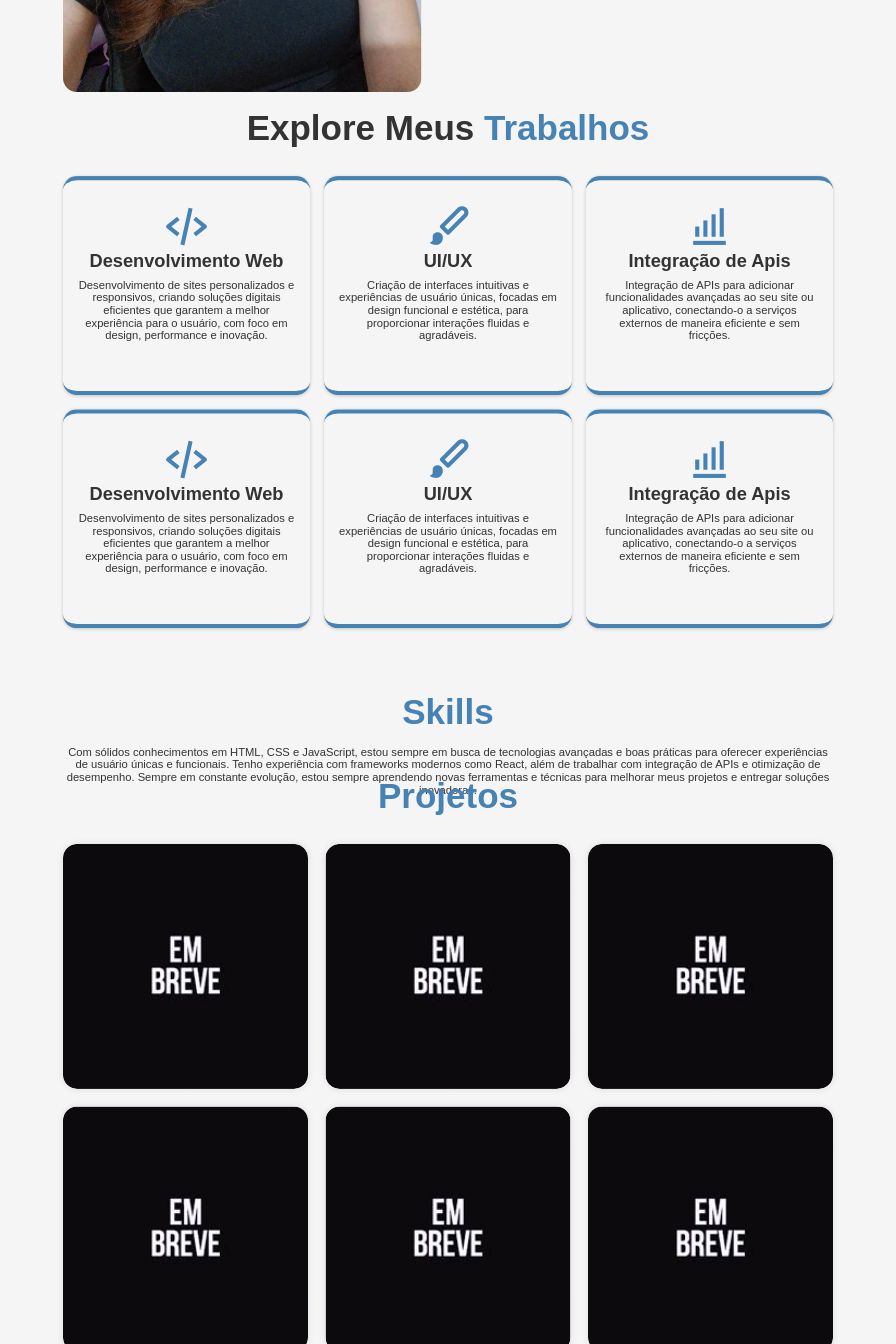
Repository: AliciaKathleen/portfolio-2025
Page: index.html
An editor plug-in stored every save of this project. The page is shown before and after the next save, followed by the edit.
The browser window is 1280 px wide. The pictures show the part of the page from y = 1372 to 3292 px (the page is 4190 px tall before and 4200 px after), at 70% of full size.

Above is the page before, as saved 2025-01-27 17:16:17.
Console error: TypeError: Cannot read properties of null (reading 'classList')

After the next save:
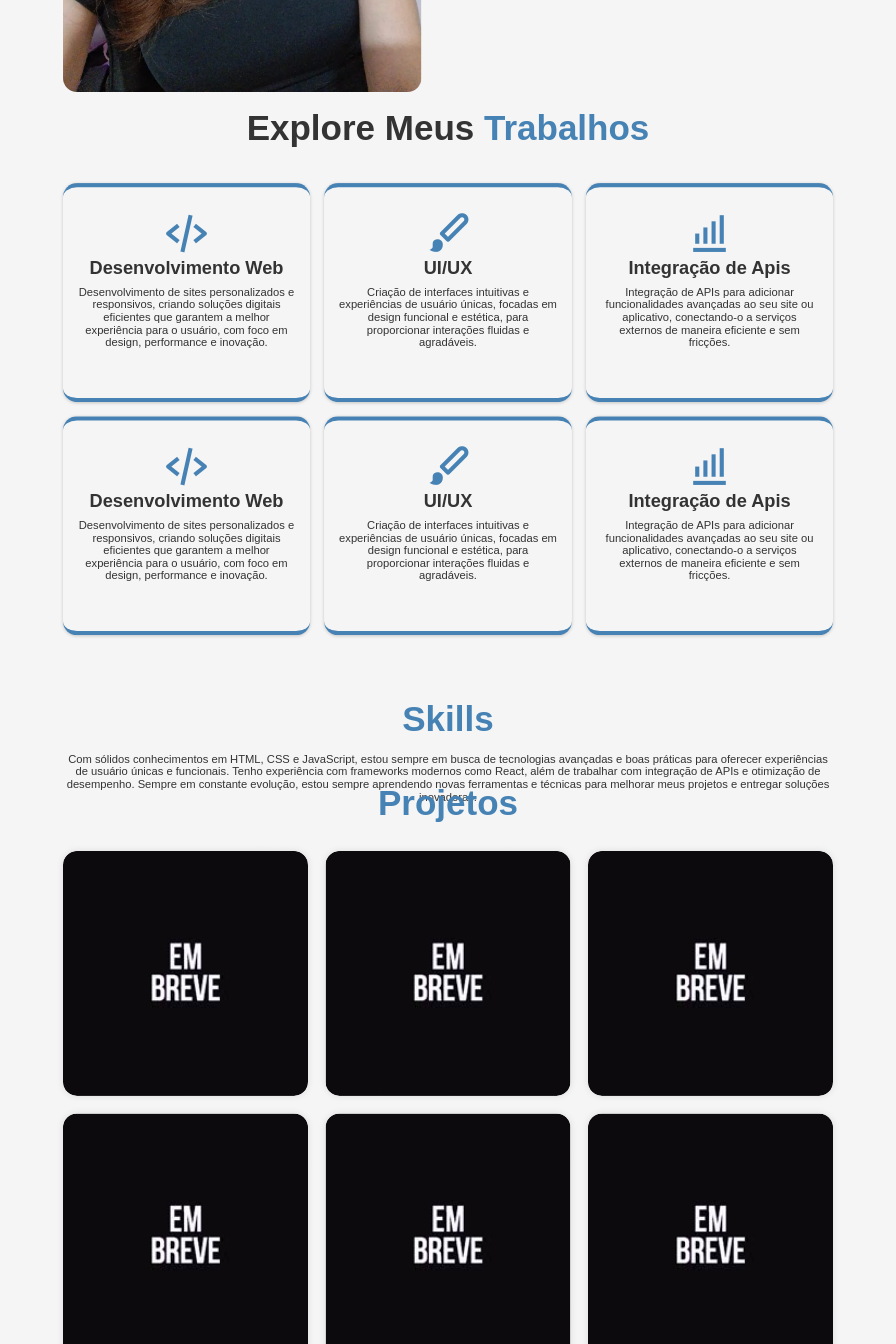
Saved 7 s later.
--- a/style.css
+++ b/style.css
@@ -302,7 +302,7 @@ span {
 
 .services h2 {
     font-size: 5rem;
-    margin-bottom: 4rem;
+    margin-bottom: 5rem;
 }
 
 .services .services-container {
